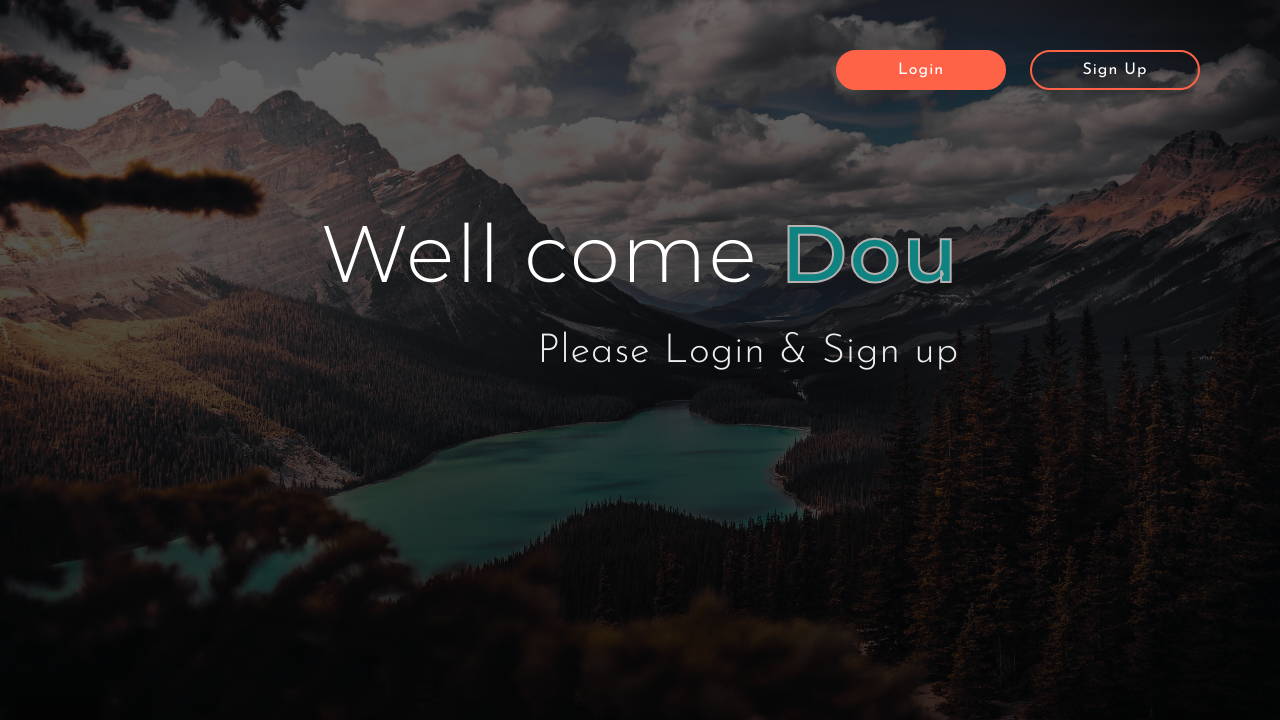
Repository: motamedipour2022/javascript_project
Page: model_form1/index.html
These files come from the project's save history. The page is drawn as it stood at one moment and after the next save; the edit follows.
The browser window is 1280 px wide. The pictures show the whole page.
Some web libraries are served in a nearby version.

Above is the page before, as saved 2022-12-20 12:29:34.

After the next save:
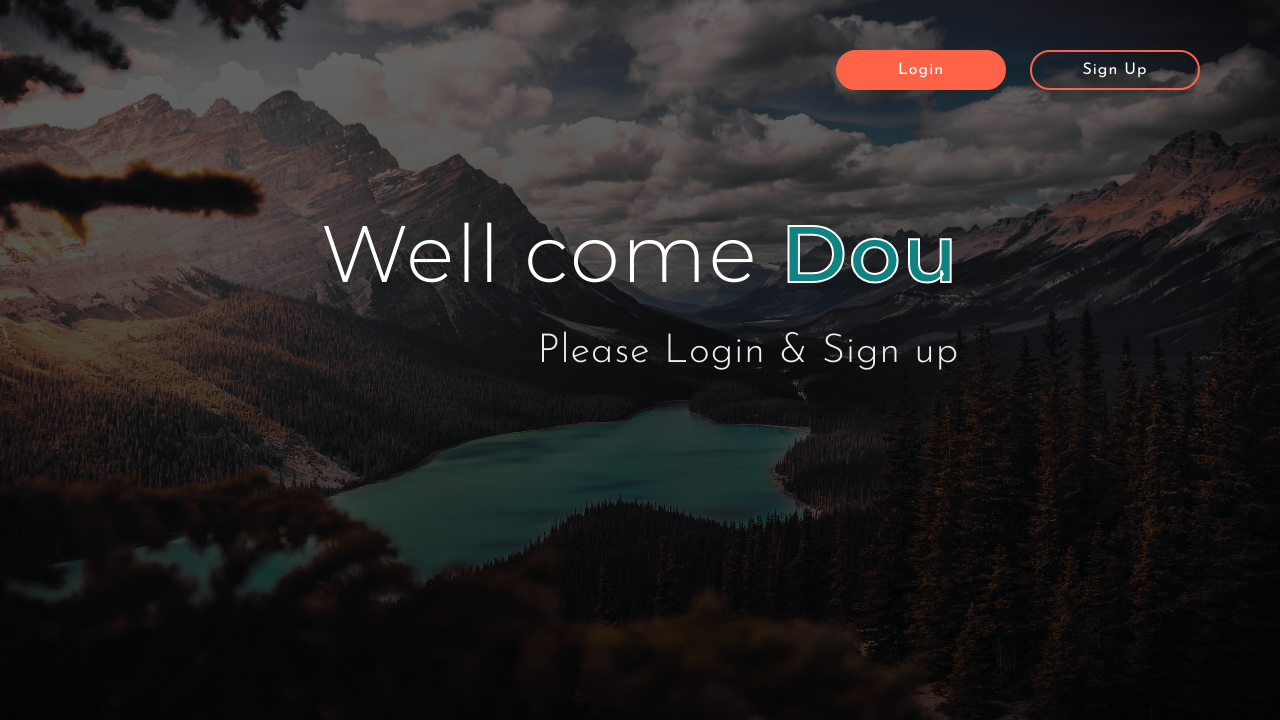
Saved 6 s later.
--- a/model_form1/style.css
+++ b/model_form1/style.css
@@ -29,7 +29,7 @@
 .banner-text h1 span{
   color: rgb(14, 131, 129);
   font-weight: 700;
-  -webkit-text-stroke: 2px rgb(181, 177, 177);
+  -webkit-text-stroke: 2px rgb(254, 254, 254);
 }
 .banner-text p {
   color: #eee;
